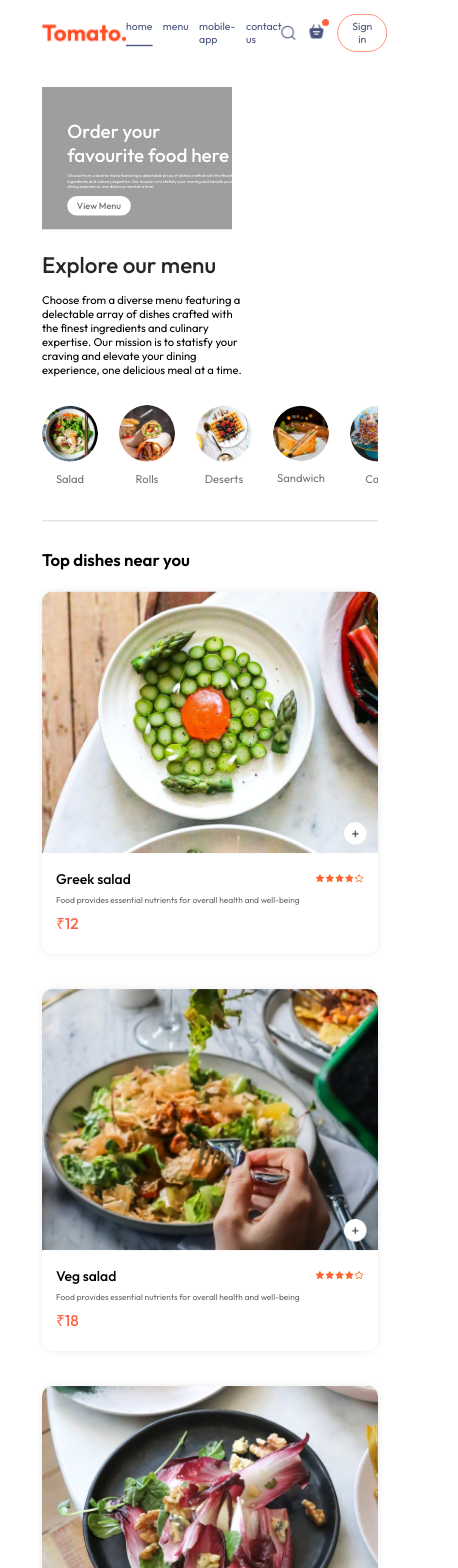
Repository: KartikChouhan03/food-delivery-app
Page: / (app in frontend/)
These files come from the project's save history. The page is drawn as it stood at one moment and after the next save; the edit follows.
The browser window is 600 px wide. The page is 654 px wide, so the pictures cover 654 px, including what lies to the right of the window. The pictures show the part of the page from y = 0 to 2240 px (the page is 19782 px tall before and 19763 px after), at 70% of full size.
Pictures or frames that could not be fetched are drawn as grey boxes. Some web fonts or font styles are not loaded; a fallback is used. The project was rebuilt for these pictures with package versions that can differ from the ones it lists, and the page was loaded fresh each time. Also part of the build but not shown: frontend/vite.config.js, frontend/src/pages/Cart/Cart.css, frontend/src/pages/Cart/Cart.jsx, frontend/src/pages/PlaceOrder/PlaceOrder.css, frontend/src/pages/PlaceOrder/PlaceOrder.jsx.

Above is the page before, as saved 2025-08-16 11:26:07.

### frontend/index.html
<!doctype html>
<html lang="en">
  <head>
    <meta charset="UTF-8" />
    <link rel="icon" type="image/svg+xml" href="" />
    <meta name="viewport" content="width=device-width, initial-scale=1.0" />
    <title>Foodify</title>
  </head>
  <body>
    <div id="root"></div>
    <script type="module" src="/src/main.jsx"></script>
  </body>
</html>

### frontend/src/main.jsx
import { createRoot } from 'react-dom/client'
import './index.css'
import App from './App.jsx'
import { BrowserRouter} from 'react-router-dom'
import StoreContextProvider from './context/StoreContext.jsx'


createRoot(document.getElementById('root')).render(
  <BrowserRouter>
    <StoreContextProvider>
      <App />
    </StoreContextProvider>
  </BrowserRouter>


)

### frontend/src/index.css

@import url('https://fonts.googleapis.com/css2?family=Montserrat:ital,wght@0,100..900;1,100..900&family=Outfit:wght@100..900&family=Playfair+Display:ital,wght@0,400..900;1,400..900&display=swap');


*{
  padding: 0;
  margin: 0;
  box-sizing: border-box;
  font-family: Outfit;
}

body{
  min-height: 100vh;
}

a{
  text-decoration: none;
  color: inherit;
}

.app{
  width: 80%;
  margin: auto;
}

@keyframes fadeIn{
  0%{
    opacity: 0;
  }
  100%{
    opacity: 1;
  }
}

### frontend/src/App.jsx
import React from 'react'
import Navbar from './components/Navbar/Navbar'
import { Route, Routes } from 'react-router-dom'
import Home from './pages/Home/Home'
import Cart from './pages/Cart/Cart'
import PlaceOrder from './pages/PlaceOrder/PlaceOrder'
import Footer from './components/Footer/Footer'


const App = () => {
  return (
    <>
      <div className='app'>
        <Navbar/>
        <Routes>
          <Route path="/" element={<Home />} />
          <Route path="/cart" element={<Cart />} />
          <Route path="/order" element={<PlaceOrder/>} />
        </Routes>
      </div>
      <Footer/>
    </>

  )
}

export default App

### frontend/src/context/StoreContext.jsx
import { createContext, useEffect, useState } from "react";
import { food_list } from "../assets/assets";


export const StoreContext = createContext(null)

const StoreContextProvider = (props) =>{

    const [cartItems, setCartItems] = useState({});

    const addToCart =(itemId)=>{
        if(!cartItems[itemId]){
            setCartItems((prev)=>({...prev,[itemId]:1}))
        }
        else{
            setCartItems((prev)=>({...prev,[itemId]:prev[itemId]+1}))
        }
    }

    const removeFromCart =(itemId) =>{
        setCartItems((prev)=>({...prev,[itemId]:prev[itemId]-1}))
    }

    useEffect(()=>{
        console.log(cartItems);
    },[cartItems])


    const contextValue = {
        food_list,
        cartItems,
        setCartItems,
        addToCart,
        removeFromCart,
    }



    return (
        <StoreContext.Provider value ={contextValue}>
            {props.children}
        </StoreContext.Provider>
    )

}

export default StoreContextProvider;

### frontend/src/components/Navbar/Navbar.jsx
import React, { useState } from 'react'
import './Navbar.css'
import {assets} from '../../assets/assets.js'


const Navbar = () => {

  const [menu,setMenu] = useState("home");


  return (
    <div className='navbar'>
      <img className='logo' src={assets.logo} alt="" />
      <ul className='navbar-menu'>
        <li onClick={()=>setMenu("home")} className={menu==="home"?"active":""}>home</li>
        <li onClick={()=>setMenu("menu")} className={menu==="menu"?"active":""}>menu</li>
        <li onClick={()=>setMenu("mobile-app")} className={menu==="mobile-app"?"active":""}>mobile-app</li>
        <li onClick={()=>setMenu("contact-us")} className={menu==="contact-us"?"active":""}>contact us</li>
      </ul>
      <div className="navbar-right">
        <img src={assets.search_icon} alt="" />
        <div className='navbar-search-icon'>
          <img src={assets.basket_icon} alt="" />
          <div className='dot'></div>
        </div>
        <button>Sign in</button>
      </div>
    </div>
  )
}

export default Navbar

### frontend/src/pages/Home/Home.jsx
import React, { useState } from 'react'
import './Home.css'
import Header from '../../components/Header/Header'
import ExploreMenu from '../../components/ExploreMenu/ExploreMenu'
import FoodDisplay from '../../components/FoodDisplay/FoodDisplay'
import AppDownload from '../../components/AppDownload/AppDownload'

const Home = () => {

    const [category,setCategory] = useState("All");

  return (
    <div>
      <Header/>
      <ExploreMenu category={category} setCategory={setCategory} />
      <FoodDisplay category={category}/>
      <AppDownload/>
    </div>
  )
}

export default Home

### frontend/src/components/Footer/Footer.jsx
import React from 'react'
import './Footer.css'
import { assets } from '../../assets/assets'

const Footer = () => {
  return (
    <div className='footer' id='footer'>
      <div className="footer-content">
        <div className="footer-content-left">
            <img src={assets.logo} alt="" />
            <p>Lorem Ipsum has been the industry's standard dummy text ever since the when an unknown printer took a galley of type scrambled it to make a type specimen book.</p>
            <div className="footer-social-icons">
                <img src={assets.facebook_icon} alt="" />
                <img src={assets.linkedin_icon} alt="" />
                <img src={assets.twitter_icon} alt="" />
            </div>
        </div>
        <div className='footer-content-center'>
            <h2>COMPANY</h2>
            <ul>
                <li>Home</li>
                <li>About us</li>
                <li>Delivery</li>
                <li>Privacy policy</li>
            </ul>
        </div>
        <div className="footer-content-right">
            <h2>GET IN TOUCH</h2>
            <ul>
                <li>+9172432-23423</li>
                <li>contact@tomato.com</li>
            </ul>
        </div>
      </div>
      <hr />
        <p className='footer-copyright'>Copyright 2025 © Tomato.com - All Right Reserved.</p>
    </div>
  )
}

export default Footer

### frontend/src/components/Navbar/Navbar.css
.navbar{
    padding: 20px 0px;
    display: flex;
    justify-content: space-between;
    align-items: center;
}

.navbar .logo{
    width: 150px;
}

.navbar-menu{
    display: flex;
    list-style: none;
    gap: 20px;
    color: #49557e;
    font-size: 18px;
}

.navbar-right{
    display: flex;
    align-items: center;
    gap: 40px;
}

.navbar button{
    background: transparent;
    font-size: 16px;
    color: #49557e;
    border: 1px solid tomato;
    padding: 10px 30px;
    border-radius: 50px;
    cursor: pointer;
    transition: 0.4s;
}

.navbar button:hover{
    background-color: #fff4f2;
}

.navbar .active{
    padding-bottom: 2px;
    border-bottom: 2px solid #49557e;
}

.navbar li{
    cursor: pointer;
}

.navbar-search-icon {
    position: relative;
}

.navbar-search-icon .dot{
    position: absolute;
    min-width: 10px;
    min-height: 10px;
    background-color: tomato;
    border-radius:5px ;
    top: -8px;
    right: -8px;
}


@media (max-width: 1050px){
    .navbar .logo{
        width: 140px;
    }
    .navbar-menu{
        gap: 20px;
        font-size: 17px;
    }
    .navbar-right{
        gap: 30px;
    }
    .navbar-right img{
        width: 22px;
    }
    .navbar-right button{
        padding: 8px 25px;
    }
}

@media (max-width: 900px){
    .navbar .logo{
        width: 120px;
    }
    .navbar-menu{
        gap: 15px;
        font-size: 15px;
    }
    .navbar-right{
        gap: 20px;
    }
    .navbar-right img{
        width: 20px;
    }
    .navbar-right button{
        padding: 7px 20px;
        font-size: 15px;
    }
}

@media (max-width: 750px){
    .navbar .logo{
        width: 120px;
    }
    .navbar-menu{
        gap: 15px;
        font-size: 15px;
    }
    .navbar-right{
        gap: 20px;
    }
    .navbar-right img{
        width: 20px;
    }
    .navbar-right button{
        padding: 7px 20px;
        font-size: 15px;
    }
}

### frontend/src/components/Header/Header.jsx
import React from 'react'
import './Header.css'

const Header = () => {
  return (
    <div className='header'>
      <div className="header-contents">
        <h2>Order your favourite food here</h2>
        <p>Choose from a diverse menu featuring a delectable array of dishes crafted with the finest ingredients and culinary expertise. Our mission is to statisfy your craving and elevate your dining experience, one delicious meal at a time.</p>
        <button>View Menu</button>
      </div>
    </div>
  )
}

export default Header

### frontend/src/components/ExploreMenu/ExploreMenu.jsx
import React from 'react'
import './ExploreMenu.css'
import { menu_list } from '../../assets/assets.js'


const ExploreMenu = ({category,setCategory}) => {
  return (
    <div className='explore-menu' id='explore-menu'>
      <h1>Explore our menu</h1>
      <p className='explore-menu-text'>Choose from a diverse menu featuring a delectable array of dishes crafted with the finest ingredients and culinary expertise. Our mission is to statisfy your craving and elevate your dining experience, one delicious meal at a time. </p>
      <div className='explore-menu-list'>
        {menu_list.map((item, index)=>{
            return(
                <div onClick={()=>setCategory(prev=>prev===item.menu_name?"All":item.menu_name)} key={index} className="explore-menu-list-item">
                    <img className={category===item.menu_name?"active":""} src={item.menu_image} alt="" />
                    <p>{item.menu_name}</p>
                </div>
            )
        })}
      </div>
      <hr />
    </div>
  )
}

export default ExploreMenu

### frontend/src/components/FoodDisplay/FoodDisplay.jsx
import React, { useContext } from 'react'
import './FoodDisplay.css'
import { StoreContext } from '../../context/StoreContext'
import FoodItem from '../FoodItem/FoodItem'


const FoodDisplay = ({category}) => {

    const {food_list} = useContext(StoreContext)

  return (
    <div className='food-display' id='food-display'>
       <h2>Top dishes near you</h2>
       <div className="food-display-list">
        {food_list.map((item,index)=>{
          if(category==="All" || category===item.category){
            return <FoodItem key={index} id={item._id} name={item.name} description={item.description} price= {item.price} image={item.image}/>
          }
        })}
       </div>
    </div>
  )
}

export default FoodDisplay

### frontend/src/components/AppDownload/AppDownload.jsx
import React from 'react'
import './AppDownload.css'
import { assets } from '../../assets/assets'

const AppDownload = () => {
  return (
    <div className='app-download' id='app-download'>
        <p>For Better Experience Download <br /> Tomato App</p>
        <div className='app-download-platforms'>
            <img src={assets.play_store} alt="" />
            <img src={assets.app_store} alt="" />
        </div>

    </div>
  )
}

export default AppDownload

### frontend/src/components/Footer/Footer.css
.footer{
    color: #d9d9d9;
    background-color: #323232;
    display: flex;
    flex-direction: column;
    align-items: center;
    gap: 20px;
    padding: 20px 8vw;
    padding-top: 80px ;
    margin-top: 100px ;
}

.footer-content{
    width: 100%;
    display: grid;
    grid-template-columns: 2fr 1fr 1fr;
    gap: 80px;
}

.footer-content-left, .footer-content-right, .footer-content-center{
    display: flex;
    flex-direction: column;
    align-items:start ;
    gap: 20px;
}


.footer-content-left li, .footer-content-right li , .footer-content-center li{
    list-style: none;
    margin-bottom: 10px;
    cursor: pointer;
}

.footer-content-right h2, .footer-content-center h2{
    color: white;
}


.footer-social-icons img{
    width: 40px;
    margin-right: 15px;
}

.footer hr{
    width: 100%;
    height: 2px;
    margin: 20px 0px;
    background-color: gray;
    border: none;
}

### frontend/src/components/Header/Header.css
.header{
    height: 34vw;
    margin: 30px auto;
    background:url('./header_img.png') no-repeat ;
    background-size: contain;
    position: relative;
}

.header-contents{
    position: absolute;
    display: flex;
    flex-direction: column;
    align-items: start;
    gap: 1.5vw;
    max-width: 50%;
    bottom: 10%;
    left: 6vw;
    animation:fadeIn 3s;
}

.header-contents h2{
    font-weight: 500;
    color:white;
    font-size: max(4.5vw, 22px) ;

}

.header-contents p{
    color: white;
    font-size: 1vw;
}

.header-contents button{
    border: none;
    color: #747474;
    font-weight: 500;
    padding: 1vw 2.3vw;
    background-color: white;
    font-size: max(1vw,13px);
    border-radius:50px ;
}

### frontend/src/components/ExploreMenu/ExploreMenu.css
.explore-menu{
    display: flex;
    flex-direction: column ;
    gap: 20px;
}

.explore-menu h1{
    color: #262626;
    font-weight: 500;
}

.explore-menu-text{
    max-width: 60%;
    columns: #808080;
}

.explore-menu-list{
    display: flex;
    justify-content: space-between;
    align-items: center;
    gap: 30px;
    text-align: center;
    margin: 20px 0px;
    overflow: scroll;
}

.explore-menu-list::-webkit-scrollbar{
    display: none;
}

.explore-menu-list-item img{
    width: 7.5vw;
    min-width: 80px;
    cursor: pointer;
    border-radius: 50%;
    transition: 0.3s;
}

.explore-menu-list-item p {
    margin-top: 10px;
    color: #747474;
    font-size: max(1.4vw,16px);
    cursor: pointer;
}

.explore-menu hr{
    margin: 10px 0px;
    height: 2px;
    background-color: #e2e2e2;
    border: none;
}

.explore-menu-list-item .active{
    border: 4px solid tomato;
    padding: 32;
}

### frontend/src/components/FoodDisplay/FoodDisplay.css
.food-display{
    margin-top: 30px;
}

.food-display h2{
    font-size: max(2vw,24px);
    font-weight: 600;
}

.food-display-list{
    display: grid;
    grid-template-columns: repeat(auto-fill,minmax(240px,1fr));
    margin-top: 30px;
    gap:30px;
    row-gap: 50px;
}

### frontend/src/components/FoodItem/FoodItem.jsx
import React, { useContext} from 'react'
import './FoodItem.css'
import { assets } from '../../assets/assets'
import { StoreContext } from '../../context/StoreContext'

const FoodItem = ({id, name, price, description, image}) => {


  const {cartItems,addToCart, removeFromCart} = useContext(StoreContext);


  return (
    <div className='food-item'>
      <div className="food-item-img-container">
        <img className="food-item-image" src={image} alt={name} />
        {
          !cartItems[id]
            ? <img className='add' onClick={()=>addToCart(id)} src={assets.add_icon_white}/> :
              <div className='food-item-counter'>
                <img onClick={()=>removeFromCart(id)} src={assets.remove_icon_red} alt="" />
                <p>{cartItems[id]}</p>
                <img onClick={()=>addToCart(id)} src={assets.add_icon_green} alt="" />
              </div>
        }
      </div>
      <div className="food-item-info">
        <div className="food-item-name-rating">
            <p>{name}</p>
            <img src={assets.rating_starts} alt="rating" />
        </div>
        <p className="food-item-desc">{description}</p>
        <p className="food-item-price">₹{price}</p>
      </div>
    </div>
  )
}

export default FoodItem

### frontend/src/components/AppDownload/AppDownload.css
.app-download{
    margin: auto auto;
    margin-top: 100px;
    font-size: max(3vw,20px);
    text-align: center;
    font-weight: 500;
}

.app-download-platforms{
    display: flex;
    justify-content: center;
    gap: max(2vw,10px);
    margin-top: 40px;

}

.app-download-platforms img{
    width: max(30vw, 120px);
    max-width: 180px;
    transition: 0.5s;
    cursor: pointer;
}

.app-download-platforms img:hover{
    transform: scale(1.07);
}

### frontend/src/components/FoodItem/FoodItem.css
.food-item{
    width: 100%;
    margin: auto;
    border-radius:15px ;
    box-shadow: 0px 0px 10px #00000015;
    transition: 0.3s;
    animation: fadeIn 1s;
}

.food-item-image{
    width: 100%;
    border-radius:15px 15px 0px 0px ;
}

.food-item-info{
    padding: 20px;
}

.food-item-name-rating{
    display: flex;
    justify-content: space-between;
    margin-bottom: 10px;
    align-items: center;
}

.food-item-name-rating p{
    font-size: 20px;
    font-weight: 500;
}

.food-item-name-rating img{
    width: 70px;
}

.food-item-desc{
    color: #676767;
    font-size: 12px;
}

.food-item-price{
    color: tomato;
    font-size: 22px;
    font-weight: 500;
    margin: 10px 0px;
}

.food-item-img-container{
    position: relative;
}

.food-item-img-container .add{
    width: 35px ;
    position: absolute;
    bottom: 15px;
    right: 15px;
    cursor: pointer;
    border-radius: 50%;
}

.food-item-counter{
    position: absolute;
    bottom: 15px;
    right: 15px;
    display: flex;
    align-items: center;
    gap: 10px;
    padding: 6px;
    border-radius:50px ;
    background-color: white;
}

.food-item-counter img{
    width: 30px;
}

Loaded but not shown: frontend/src/assets/assets.js (350 lines, source omitted); frontend/src/pages/Home/Home.css (no stored copy; drawn as an empty file)

After the next save:
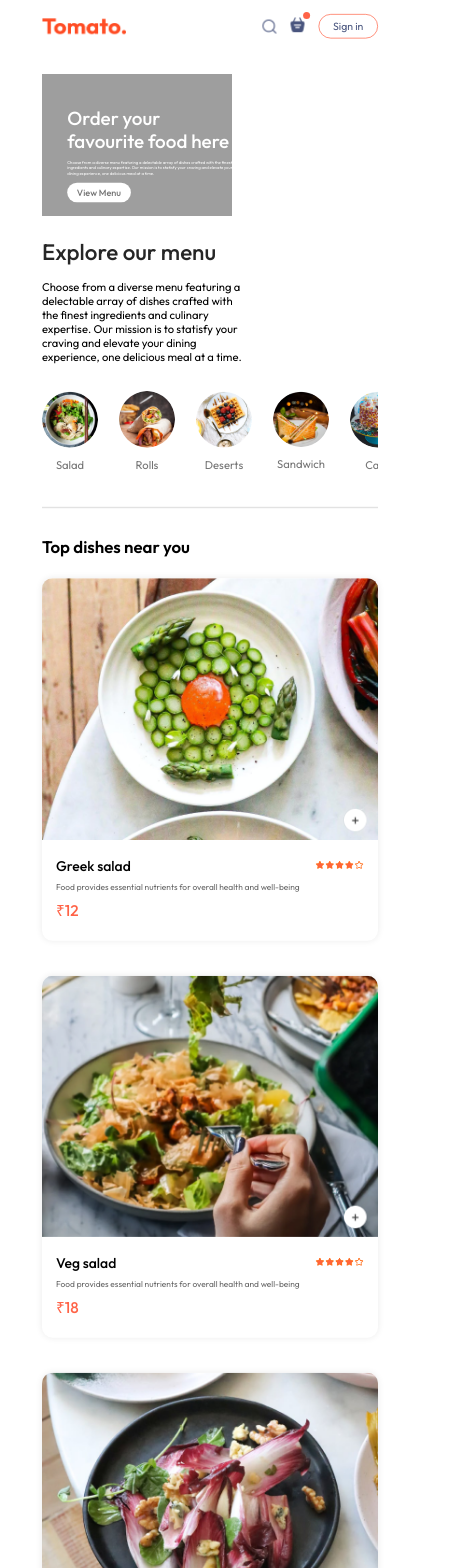
Saved 21 s later.
--- a/frontend/src/components/Navbar/Navbar.css
+++ b/frontend/src/components/Navbar/Navbar.css
@@ -102,21 +102,7 @@
 }
 
 @media (max-width: 750px){
-    .navbar .logo{
-        width: 120px;
-    }
     .navbar-menu{
-        gap: 15px;
-        font-size: 15px;
-    }
-    .navbar-right{
-        gap: 20px;
-    }
-    .navbar-right img{
-        width: 20px;
-    }
-    .navbar-right button{
-        padding: 7px 20px;
-        font-size: 15px;
+        display: none;
     }
 }
